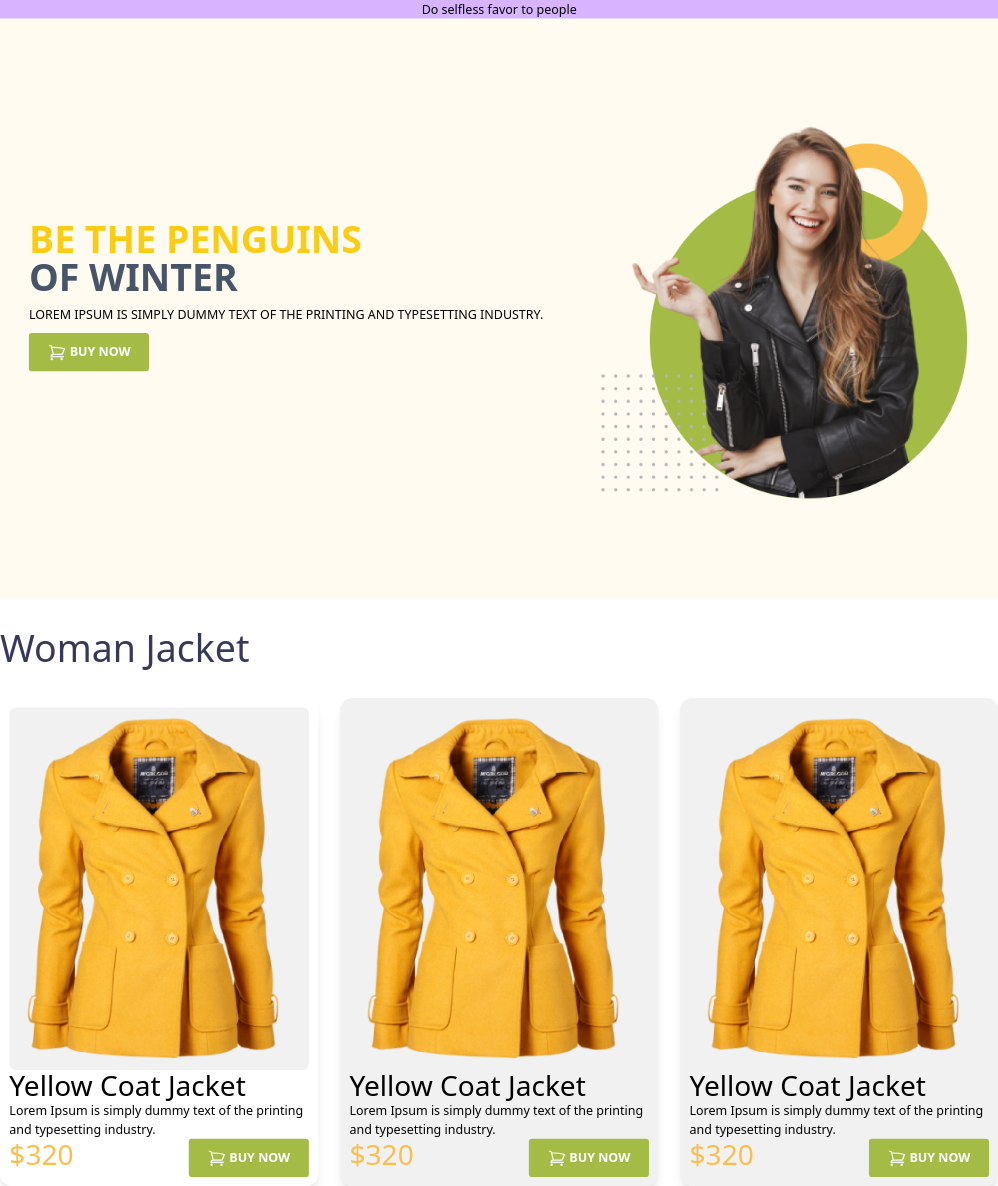
Repository: zjria/penguin-e-commerce-fashion
Page: index.html
An editor plug-in stored every save of this project. The page is shown before and after the next save, followed by the edit.
The browser window is 1280 px wide. The pictures show the whole page, at 78% of full size.
Some web libraries are served in a nearby version.

Above is the page before, as saved 2022-10-07 08:08:33.

After the next save:
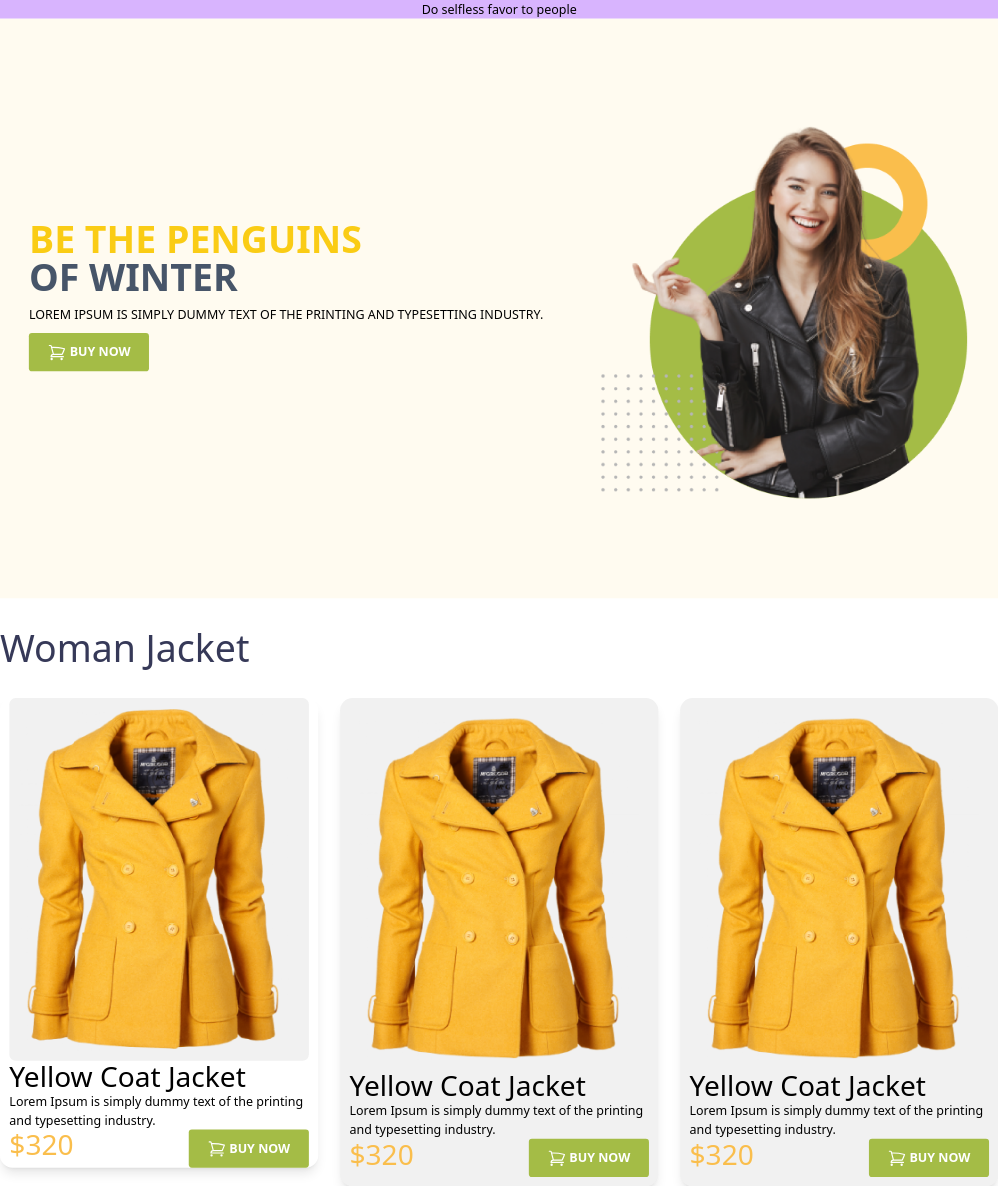
Saved 11 s later.
--- a/index.html
+++ b/index.html
@@ -66,7 +66,7 @@
             <h2 class="text-5xl my-10 text-main_text_color font-header_text">Woman Jacket</h2>
             <div class="grid grid-cols-3 gap-7">
                 <div class="full_card_bg ">
-                    <div class="rounded-2xl shadow-lg p-3 px-3">
+                    <div class="rounded-2xl shadow-lg px-3">
                         <div class="p-3 bg-card_bg rounded-lg">
                             <img src="images/jacket-1.png" alt="">
                         </div>

After the save that followed:
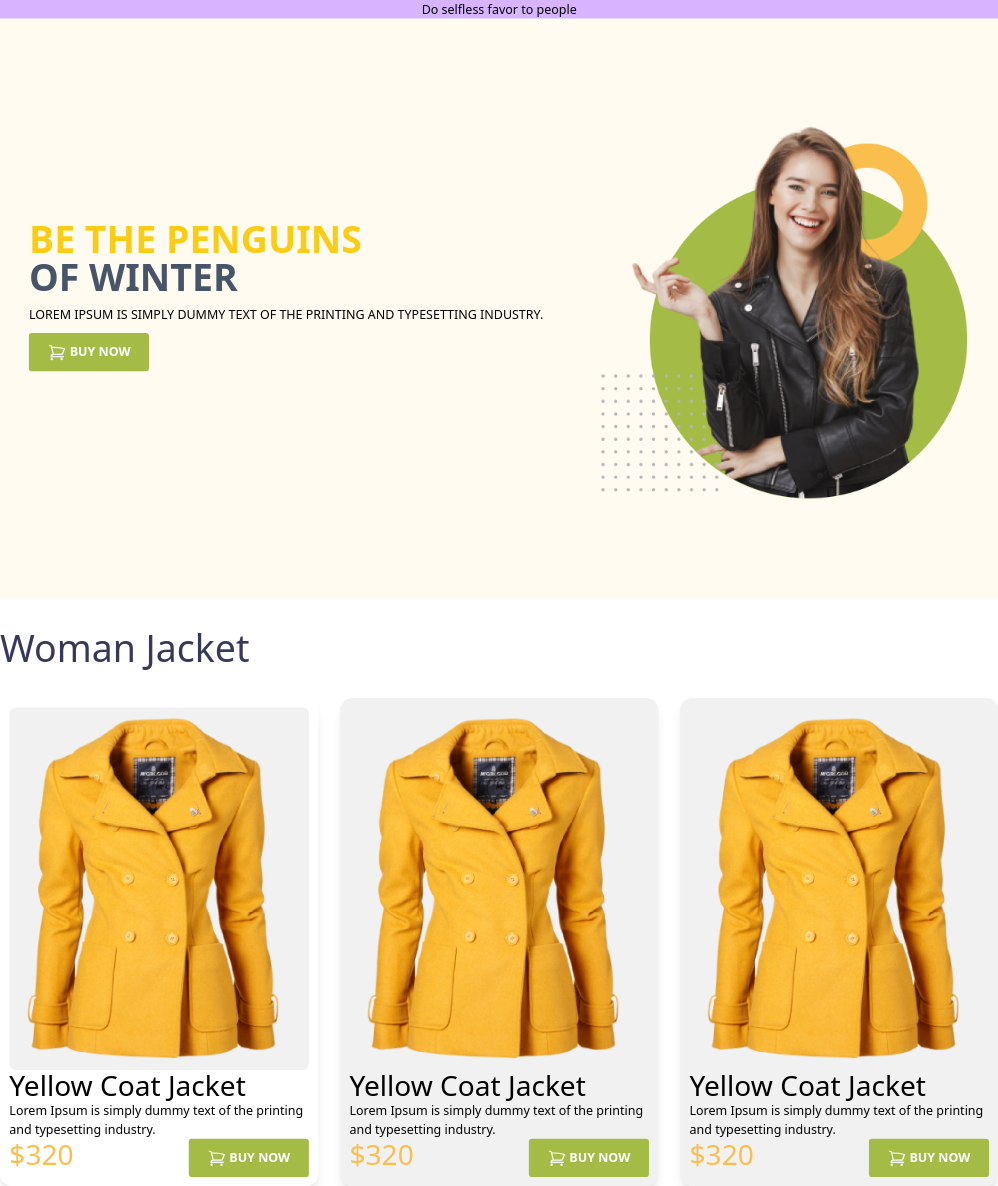
Saved 22 s later.
--- a/index.html
+++ b/index.html
@@ -66,7 +66,7 @@
             <h2 class="text-5xl my-10 text-main_text_color font-header_text">Woman Jacket</h2>
             <div class="grid grid-cols-3 gap-7">
                 <div class="full_card_bg ">
-                    <div class="rounded-2xl shadow-lg px-3">
+                    <div class="rounded-2xl shadow-lg p-3">
                         <div class="p-3 bg-card_bg rounded-lg">
                             <img src="images/jacket-1.png" alt="">
                         </div>
